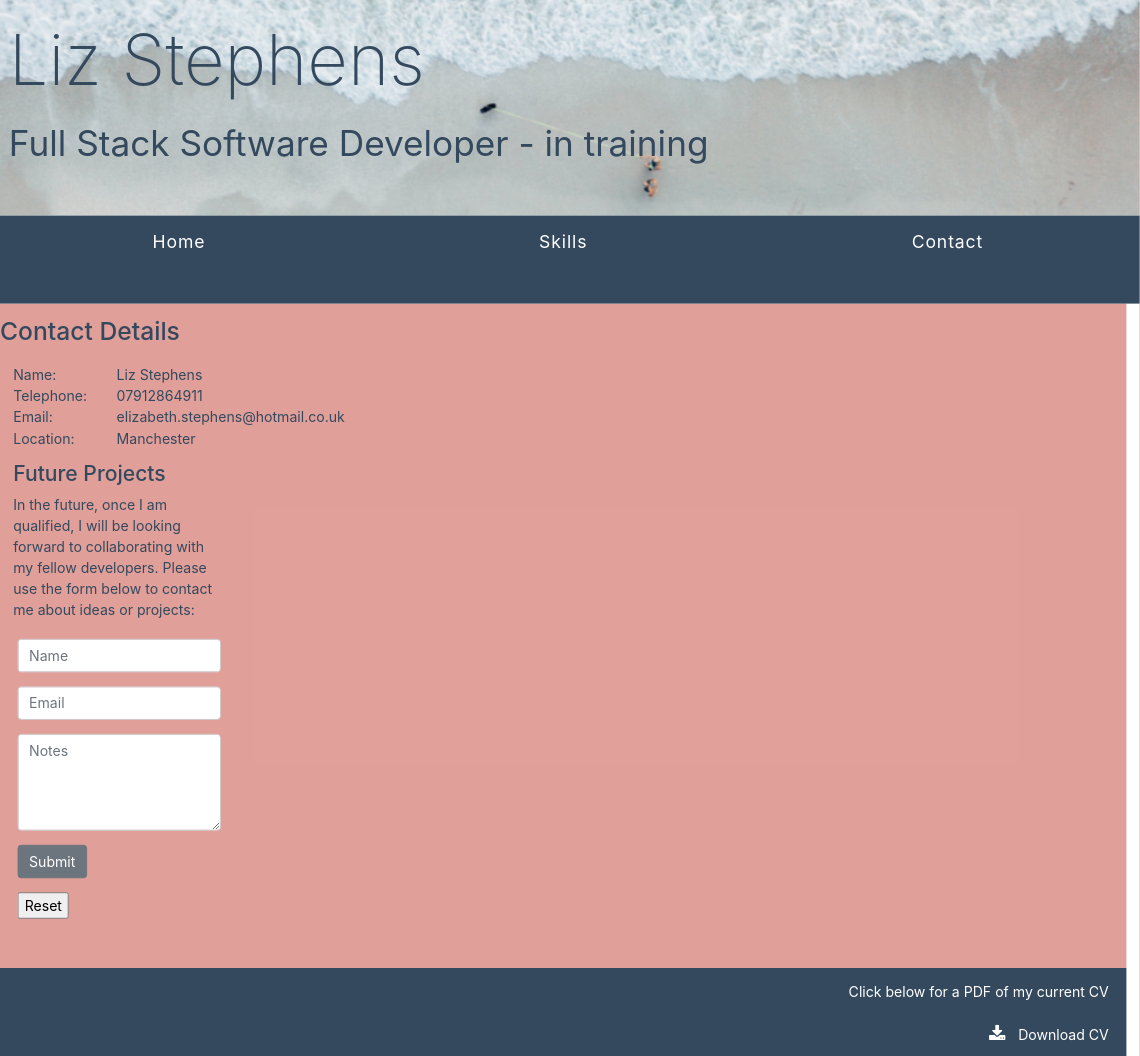
Repository: Liz94688/portfolio-site
Page: contact.html
The author's editor kept a record of every edit. The page is drawn from the files as they stood at one moment, then again after the next edit.
The browser window is 1280 px wide. The page is 1295 px wide, so the pictures cover 1295 px, including what lies to the right of the window. The pictures show the whole page, at 88% of full size.

Above is the page before.

### contact.html
<!DOCTYPE html>
<html lang="en">

<head>
    <meta charset="UTF-8">
    <meta name="viewport" content="width=device-width, initial-scale=1.0">
    <meta http-equiv="X-UA-Compatible" content="ie=edge">
    <link rel="stylesheet" href="https://stackpath.bootstrapcdn.com/bootstrap/4.3.1/css/bootstrap.min.css" type="text/css" />
    <link rel="stylesheet" href="https://stackpath.bootstrapcdn.com/font-awesome/4.7.0/css/font-awesome.min.css" type="text/css" />
    <link rel="stylesheet" href="assets/css/style.css" type="text/css" />
    <title>Liz Stephens Portfolio - Full Stack Web Developer</title>
</head>

<body>
    <header>
        <div class="row header-image">
            <div class="col">
                <h1 class="header-name">Liz Stephens</h1>
                <h2 class="header-title">Full Stack Software Developer - in training</h2>
            </div>
        </div>

        <div class="row header-nav">
            <div class="col">
                <ul id="nav" class="list-inline header-nav-container">
                    <li class="col-sm-4 header-nav-color-home header-nav-item list-inline-item">
                        <a href="#"><span>Home</span></a>
                    </li>
                    <li class="col-sm-4 header-nav-color-skills header-nav-item list-inline-item">
                        <a href="#"><span>Skills</span></a>
                    </li>
                    <li class="col-sm-4 header-nav-color-contact header-nav-item list-inline-item">
                        <a href="#"><span>Contact</span></a>
                    </li>
                </ul>
            </div>
        </div>
        </div>
    </header>

    <section id="contact" class="container-fluid contact-container">
        <div class="row">

            <div class="col-md-4 contact-info">
                <div class="row">
                    <div class="col-12">
                        <h3 class="contact-details-title">
                            Contact Details
                        </h3>
                    </div>
                </div>

                <div class="col-12">
                <div class="contact-details-itemised">
                    <div class="key">
                        <p>Name:</p>
                    </div>
                    <div class="value">
                        <p>Liz Stephens</p>
                    </div>
                    <div class="key">
                        <p>Telephone:</p>
                    </div>
                    <div class="value">
                        <p>07912864911</p>
                    </div>
                    <div class="key">
                        <p>Email:</p>
                    </div>
                    <div class="value">
                        <p>elizabeth.stephens@hotmail.co.uk</p>
                    </div>
                    <div class="key">
                        <p>Location:</p>
                    </div>
                    <div class="value">
                        <p>Manchester</p>
                    </div>
                </div>

            </div>

            <div class="col-md-8 contact-form">
                <div class="row">
                    <div class="col-12">
                        <h4>
                            Future Projects
                        </h4>
                    </div>
                </div>
                <div class="row">
                    <div class="col-12">
                        <p>In the future, once I am qualified, I will be looking forward to collaborating with my fellow developers. Please use the form below to contact me about ideas or projects: </p>
                    </div>
                </div>
                <div class="col-12 contact-groups">
                    <form>
                        <div class="form-group">
                            <input type="text" name="Name" class="form-control" placeholder="Name" required>
                        </div>
                        <div class="form-group">
                            <input type="email" name="Email" class="form-control" placeholder="Email" required>
                        </div>
                        <div class="form-group">
                            <textarea rows="4" name="Notes" class="form-control" placeholder="Notes"></textarea>
                        </div>
                        <div class="form-group">
                            <button type="submit" class="btn btn-secondary">Submit</button>
                        </div>
                        <div class="form-group">
                            <input type="reset" value="Reset">
                        </div>
                    </form>
                </div>
            </div>
        </div>
    </section>

    <footer class="container-fluid">
        <div class="row footer-nav">
            <div class="col footer-nav-item">
                <p>Click below for a PDF of my current CV</p>
                <a href="./assets/Liz_CV.pdf" target="_blank"><i class="fa fa-download" aria-hidden="true"></i><span> Download CV </span></a>
            </div>
        </div>
    </footer>
</body>

</html>

### assets/css/style.css
@import url('https://fonts.googleapis.com/css?family=Montserrat&display=swap:100,200,300,400,500,600,700');

/*------------------------------Header*/

header {
    margin: 0;
    padding: 0;
}

.header-image {
    background-image: url('../images/welcome-view.jpg');
    background-position: center;
    background-repeat: no-repeat;
    background-size: cover;
    min-height: 240px;
    transition: all .5s ease-in-out;
    -moz-transition: all .5s ease-in-out;
    -webkit-transition: all .5s ease-in-out;
}

.header-name {
    font-weight: 200;
    font-size: 80px;
    color: #34495E;
    padding-top: 20px;
    padding-left: 25px;
}

.header-title {
    font-weight: 400;
    font-size: 40px;
    color: #34495E;
    padding-top: 15px;
    padding-bottom: 50px;
    padding-left: 25px;
}

/*------------------------------Header-Nav*/

.col {
    padding: 0;
}

li a {
    color: #fff;
    padding: 0;
    text-decoration: none;
}

.row {
    padding-bottom: 0;
}


.list-inline-item:not(:last-child) {
    margin: 0;
}

.header-nav-container {
    font-size: 0;
}

.col ul {
    margin-bottom: 0;
}

#nav li {
    padding: 0;
}

.header-nav-item {
    height: 100px;
    text-align: center;
}

.header-nav-item a {
    width: 100%;
    text-decoration: none;
    color: #fff;
}

.header-nav-item span {
    display: block;
    padding-top: 15px;
    font-size: 20px;
    letter-spacing: 1px;
}

/*------------------------------Navbar Colours/Background Colours*/

ul {
    background-color: #34495E;
}

.header-nav-color-home:hover {
    background-color: #4682B4;
}

.header-nav-color-skills:hover {
    background-color: #48D1CC;
}

.header-nav-color-contact:hover {
    background-color: #D98880;
}

.header-nav-color-home.active {
    background-color: #4682B4;
}

.header-nav-color-skills.active {
    background-color: #48D1CC;
}

.header-nav-color-contact.active {
    background-color: #D98880;
}

.home-bg-color {
    background-color: #4682B4;
}

/*------------------------------So far...*/

section {
    margin: 0;
    padding: 0;
}

.about-container {
    min-height: 500px;
    background-color: rgba(70, 130, 180, 0.8);
    color: #34495E;
    padding-bottom: 20px;
}

.so-far-title {
    padding-top: 20px;
    margin-bottom: 30px;
}

.so-far-title h3 {
    margin: 0;
}

.so-far-paragraph p {
    margin-bottom: 15px;
}

/*------------------------------Timeline*/

.timeline {
    position: relative;
    margin: 0 auto;
}

.timeline::after {
    content: '';
    position: absolute;
    width: 6px;
    background-color: #fff;
    top: 0;
    bottom: 0;
    left: 50%;
    margin-left: -2px;
}

.container {
    padding: 10px 20px;
    position: relative;
    background-color: #34495E;
    width: 50%;
    color: #fff;
    margin-left: 0;
}

.left {
    left: 0;
}

.right {
    left: 50%;
}

/*------------------------------Skills*/

.skills-container {
    margin: 0;
    min-height: 500px;
    background-color: rgba(72, 209, 204, 0.8);
    color: #34495E;
    padding-bottom: 20px;
}

.skills-title {
    padding-top: 20px;
    margin-bottom: 30px;
}

.skills-progression {
    margin-bottom: 30px;
}

.progress {
    height: 35px;
    margin-bottom: 15px;
    position: relative;
}

.progress-type {
    position: absolute;
    color: #283747;
    left: 0px;
    padding: 2px 30px 2px 5px;
}

/*------------------------------Contact Info*/

.contact-container {
    padding: 0;
    margin: 0;
    min-height: 500px;
    background-color: rgba(217, 136, 128, 0.8);
    color: #34495E;
    padding-bottom: 20px;
}

.contact-info {
    padding-top: 15px;
    margin-bottom: 20px;
}

.contact-details-title {
    margin-bottom: 20px;
}

.contact-details-itemised .key,
.contact-details-itemised .value {
    display: inline-block;
    padding-right: 10px;
}

.contact-details-itemised .key p,
.contact-details-itemised .value p {
    margin: 0
    ;
}

.contact-details-itemised .key {
    width: 30%;
}

.contact-details-itemised .value {
    position: relative;
    width: 60%;
}


/*------------------------------Contact Form*/

.contact-form {
    padding-top: 15px;
}

.contact-groups {
    padding: 0;
}

form {
    margin: 5px;
}

/*------------------------------Footer*/

footer {
    min-height: 100px;
    margin: 0;
    padding: 0;
}

.footer-nav {
    background-color: #34495E;
}

.footer-nav-item {
    height: 100px;
    text-align: right;
    padding: 15px 20px;
    color: #fff;
}

.footer-nav-item a {
    text-decoration: none;
    color: #fff;
}

.footer-nav-item a i {
    font-size: 20px;
    padding: 10px;
}


/*------------------------------IGNORE - TO DELETE*/

After the next edit:
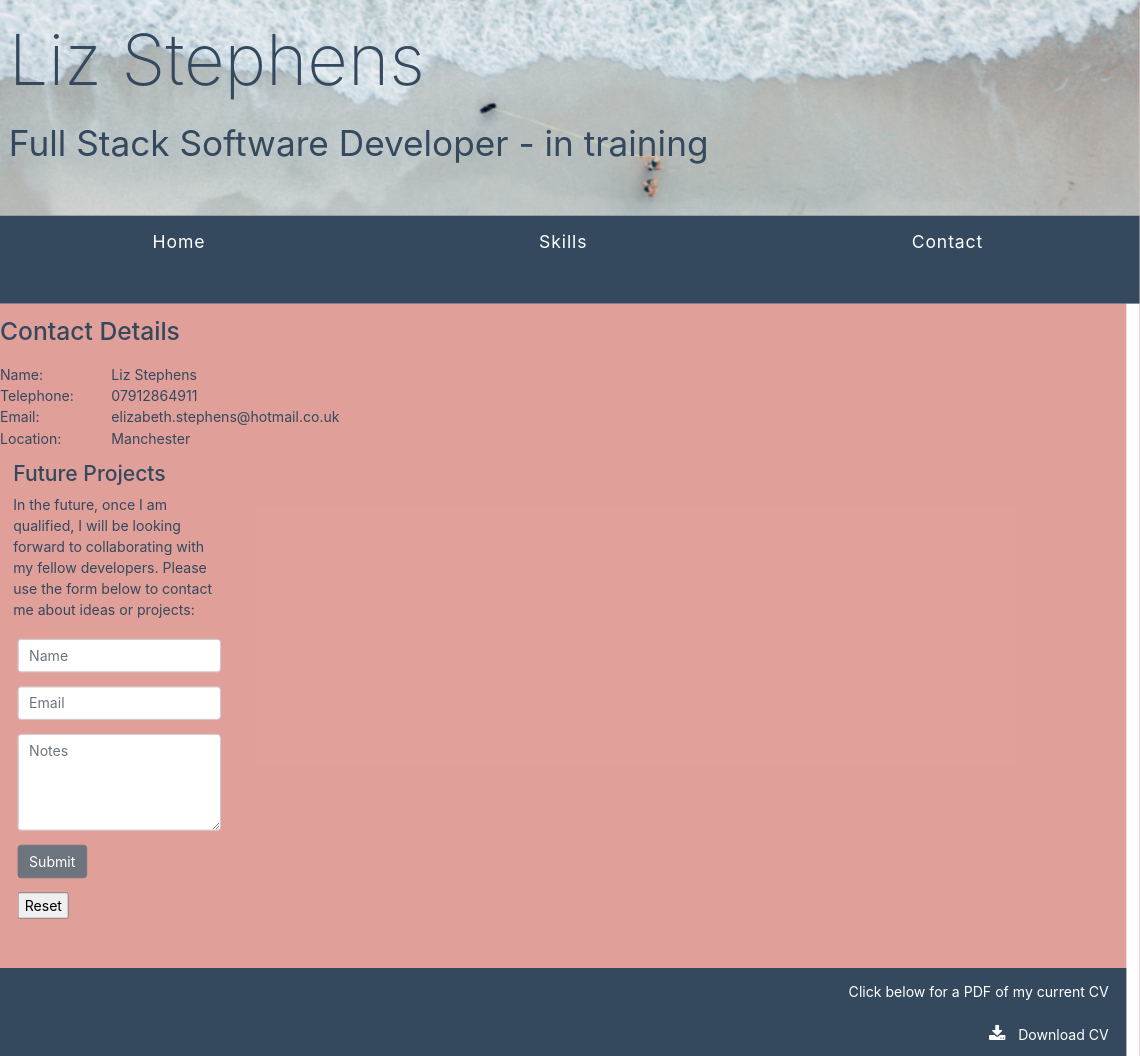
The edit:
--- a/contact.html
+++ b/contact.html
@@ -49,32 +49,33 @@
                         </h3>
                     </div>
                 </div>
-
+                <div class="row">
                 <div class="col-12">
-                <div class="contact-details-itemised">
-                    <div class="key">
-                        <p>Name:</p>
-                    </div>
-                    <div class="value">
-                        <p>Liz Stephens</p>
-                    </div>
-                    <div class="key">
-                        <p>Telephone:</p>
-                    </div>
-                    <div class="value">
-                        <p>07912864911</p>
-                    </div>
-                    <div class="key">
-                        <p>Email:</p>
-                    </div>
-                    <div class="value">
-                        <p>elizabeth.stephens@hotmail.co.uk</p>
-                    </div>
-                    <div class="key">
-                        <p>Location:</p>
-                    </div>
-                    <div class="value">
-                        <p>Manchester</p>
+                    <div class="contact-details-itemised">
+                        <div class="key">
+                            <p>Name:</p>
+                        </div>
+                        <div class="value">
+                            <p>Liz Stephens</p>
+                        </div>
+                        <div class="key">
+                            <p>Telephone:</p>
+                        </div>
+                        <div class="value">
+                            <p>07912864911</p>
+                        </div>
+                        <div class="key">
+                            <p>Email:</p>
+                        </div>
+                        <div class="value">
+                            <p>elizabeth.stephens@hotmail.co.uk</p>
+                        </div>
+                        <div class="key">
+                            <p>Location:</p>
+                        </div>
+                        <div class="value">
+                            <p>Manchester</p>
+                        </div>
                     </div>
                 </div>
 
